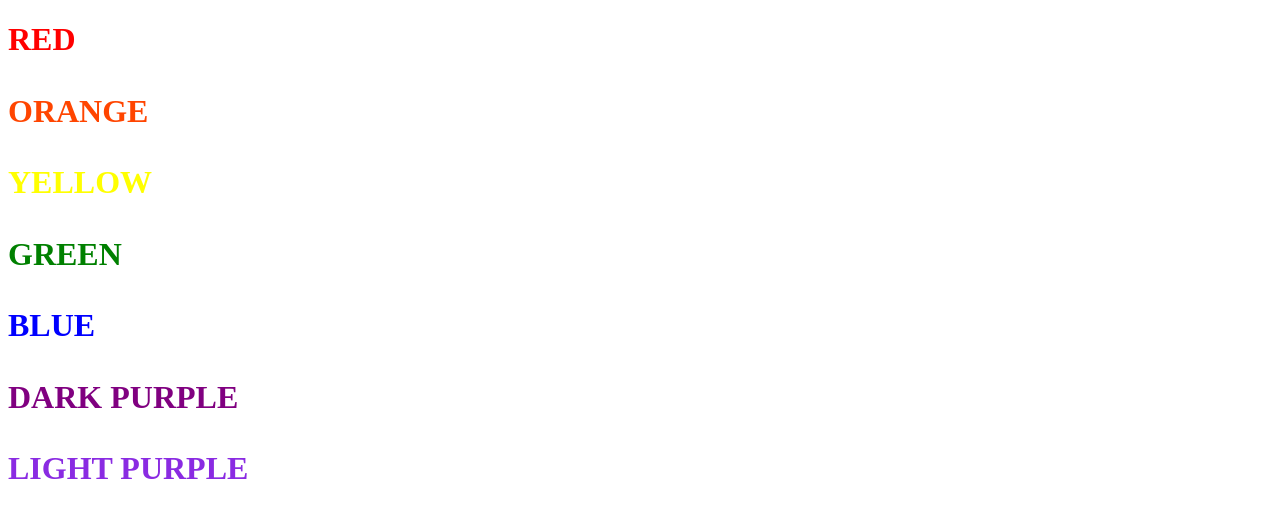
Repository: W3asl3y/IWA-challenges
Page: Interactive Rainbow Challenge/index.html
These files come from the project's save history. The page is drawn as it stood at one moment and after the next save; the edit follows.
The browser window is 1280 px wide. The pictures show the whole page.

Above is the page before, as saved 2023-02-01 09:01:39.

After the next save:
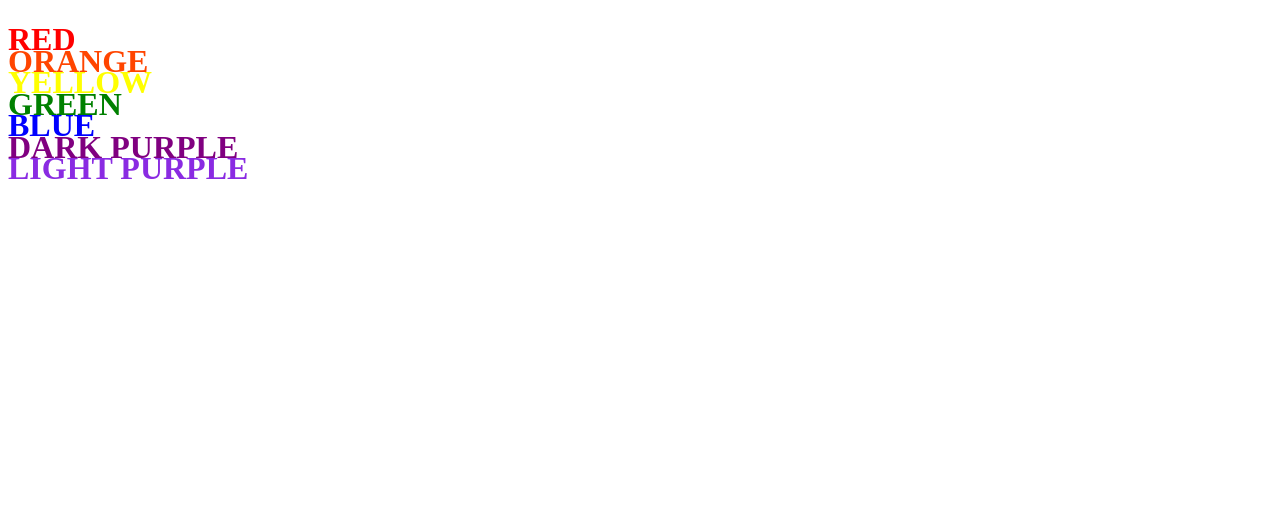
Saved 28 s later.
--- a/Interactive Rainbow Challenge/css/stylesheet.css
+++ b/Interactive Rainbow Challenge/css/stylesheet.css
@@ -1,6 +1,6 @@
 .container {
     width: 100%;
-    height: 50px;
+    height: 0px;
     align-items: center;
     justify-content: center;
     background: #ffffff;

After the save that followed:
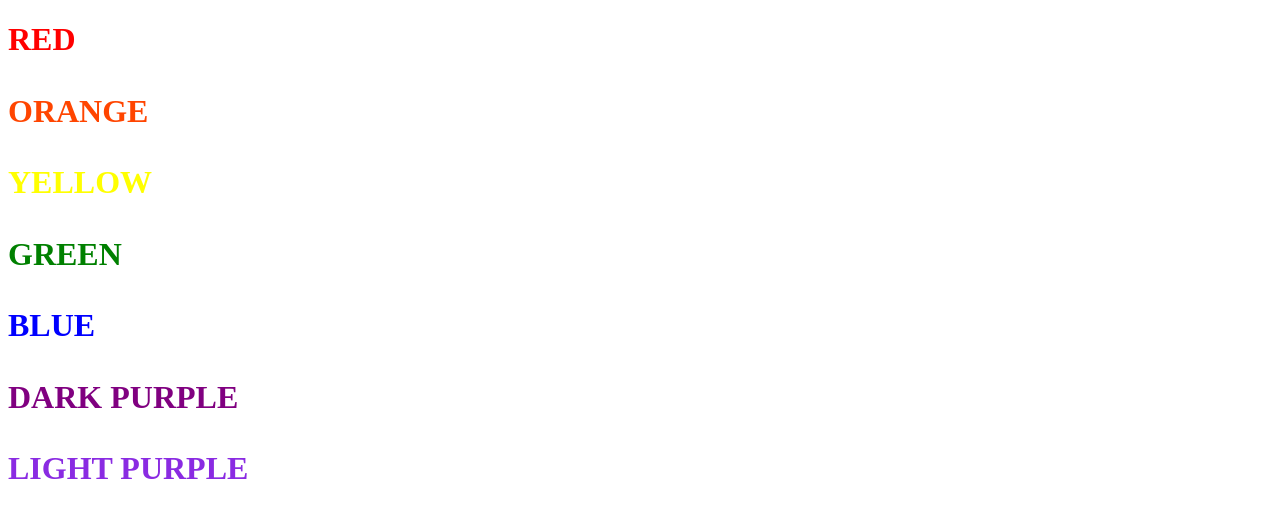
Saved 16 s later.
--- a/Interactive Rainbow Challenge/css/stylesheet.css
+++ b/Interactive Rainbow Challenge/css/stylesheet.css
@@ -1,6 +1,6 @@
 .container {
     width: 100%;
-    height: 0px;
+    height: 50px;
     align-items: center;
     justify-content: center;
     background: #ffffff;
